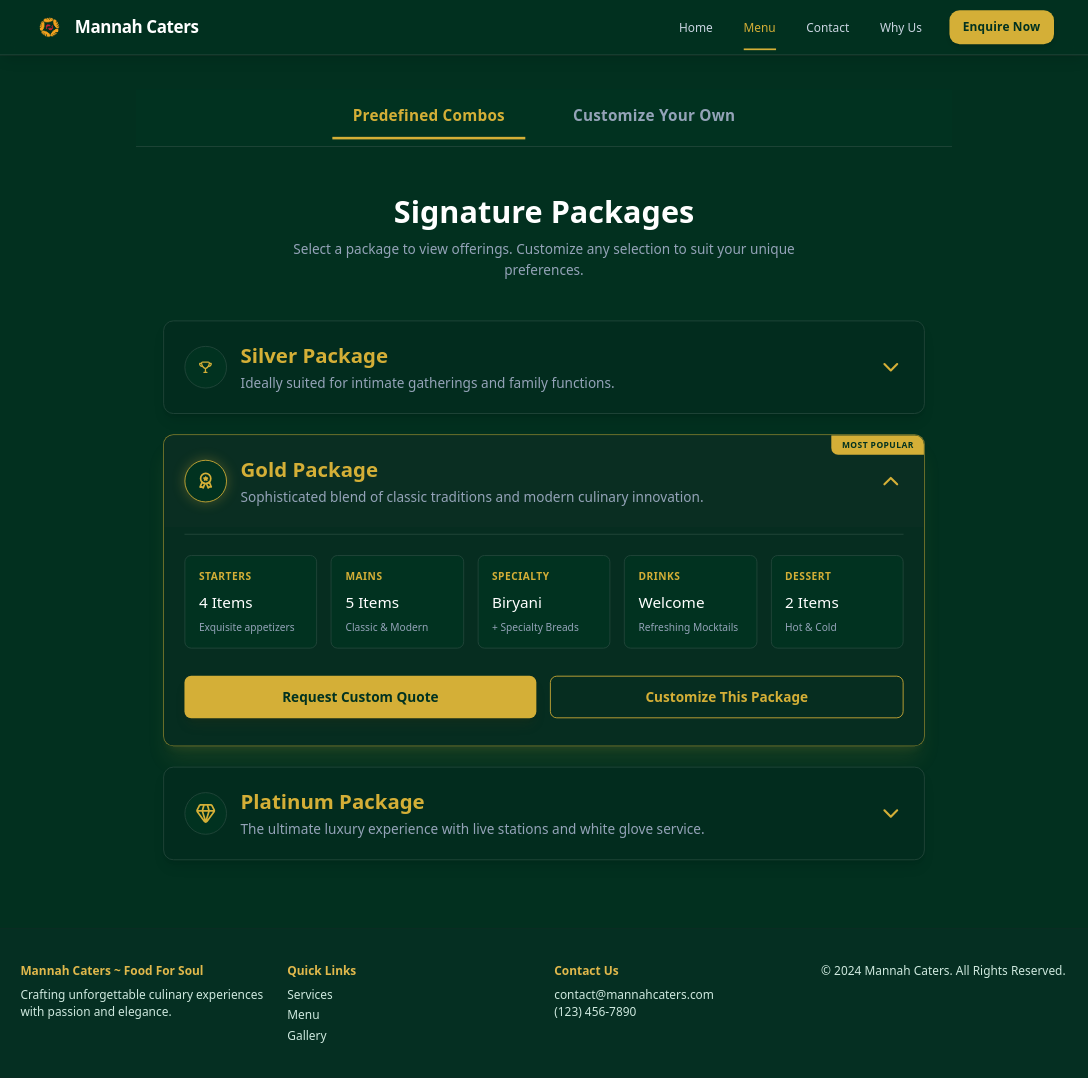
Repository: B-U-G-Freelancers/mannah_caterers
Page: /menu
The author's editor kept a copy of each file at every save. The page is drawn from the files as they stood at one save, then again after the next save.
The browser window is 1280 px wide. The pictures show the whole page, at 85% of full size.
The project was rebuilt for these pictures with package versions that can differ from the ones it lists, and the page was loaded fresh each time. Some packages were replaced by stand-ins written for this rebuild. Also part of the build but not shown: vite.config.js, src/pages/Home.jsx, src/components/MenuItem.jsx, src/components/CartSideBar.jsx, src/components/CustomizeView.jsx, src/pages/Contact.jsx, src/pages/WhyUs.jsx, src/components/SelectedMenu.jsx and 2 more.

Above is the page before, as saved 2025-12-17 19:30:53.

### index.html
<!-- index.html -->


<!doctype html>
<html lang="en">
  <head>
    <meta charset="UTF-8" />
    <link rel="icon" type="image/png" href="/favicon.png" />

    <meta name="viewport" content="width=device-width, initial-scale=1.0" />

<link rel="preconnect" href="https://fonts.googleapis.com">
<link rel="preconnect" href="https://fonts.gstatic.com" crossorigin>
<link href="https://fonts.googleapis.com/css2?family=Inter:wght@400;500;600;700&family=Playfair+Display:wght@600;700;800&display=swap" rel="stylesheet">

    <title>mannah-caters</title>
  </head>
  <body>
    <div id="root"></div>
    <script type="module" src="/src/main.jsx"></script>
  </body>
</html>

### src/main.jsx
import React from "react"
import ReactDOM from "react-dom/client"
import { BrowserRouter } from "react-router-dom"
import { CartProvider } from "./context/CartContext";
import App from "./App"
import "./index.css"

ReactDOM.createRoot(document.getElementById("root")).render(
  <BrowserRouter>
   <CartProvider>
    <App />
    </CartProvider>
  </BrowserRouter>
)

### src/context/CartContext.jsx
import { createContext, useContext, useState } from "react";

const CartContext = createContext(null);

export const CartProvider = ({ children }) => {
  const [cart, setCart] = useState([]);
  const [guestCount, setGuestCount] = useState(100);

  const toggleCartItem = (id) => {
    setCart((prev) =>
      prev.includes(id)
        ? prev.filter((item) => item !== id)
        : [...prev, id]
    );
  };

  return (
    <CartContext.Provider
      value={{
        cart,
        setCart,
        toggleCartItem,
        guestCount,
        setGuestCount,
      }}
    >
      {children}
    </CartContext.Provider>
  );
};

export const useCart = () => {
  const ctx = useContext(CartContext);
  if (!ctx) throw new Error("useCart must be used inside CartProvider");
  return ctx;
};

### src/App.jsx

import React from "react";
import { Routes, Route } from "react-router-dom";
import Layout from "./components/Layout";
import Home from "./pages/Home";
import Menu from "./pages/Menu";
import Contact from "./pages/Contact";
import WhyUs from "./pages/WhyUs";
import Quote from "./pages/Quote";
const App = () => {
  return (

    <Routes>
      <Route path="/" element={<Layout />}>
        <Route index element={<Home />} />
        <Route path="menu" element={<Menu />} />
        <Route path="contact" element={<Contact />} />
        <Route path="why-us" element={<WhyUs />} />
        <Route path="/quote" element={<Quote />} />
      </Route>
    </Routes>
  );
};

export default App;

### src/index.css
@import "tailwindcss";


:root {
  font-family: system-ui, Avenir, Helvetica, Arial, sans-serif;
  line-height: 1.5;
  font-weight: 400;

  color-scheme: light dark;
  color: rgba(255, 255, 255, 0.87);
  background-color: #242424;

  font-synthesis: none;
  text-rendering: optimizeLegibility;
  -webkit-font-smoothing: antialiased;
  -moz-osx-font-smoothing: grayscale;
}

/* a {
  font-weight: 500;
  color: #646cff;
  text-decoration: inherit;
}
a:hover {
  color: #535bf2;
}

body {
  margin: 0;
  display: flex;
  place-items: center;
  min-width: 320px;
  min-height: 100vh;
}

h1 {
  font-size: 3.2em;
  line-height: 1.1;
}

button {
  border-radius: 8px;
  border: 1px solid transparent;
  padding: 0.6em 1.2em;
  font-size: 1em;
  font-weight: 500;
  font-family: inherit;
  background-color: #1a1a1a;
  cursor: pointer;
  transition: border-color 0.25s;
}
button:hover {
  border-color: #646cff;
}
button:focus,
button:focus-visible {
  outline: 4px auto -webkit-focus-ring-color;
}

@media (prefers-color-scheme: light) {
  :root {
    color: #213547;
    background-color: #ffffff;
  }
  a:hover {
    color: #747bff;
  }
  button {
    background-color: #f9f9f9;
  }
} */

### src/components/Layout.jsx
// Layout.jsx
import React from "react";
import Header from "./Header";
import Footer from "./Footer";
// If you are using React Router, import Outlet
import { Outlet } from "react-router-dom";

const Layout = () => {
  return (
    <div className="flex flex-col min-h-screen min-w-screen">
      <Header />

      {/* "flex-1" ensures this section takes up all available space,
          pushing the footer to the bottom if content is short */}
      <main className="flex-1">
        {/* Outlet renders the child route's element (the current page) */}
        <Outlet />
      </main>

      <Footer />
    </div>
  );
};

export default Layout;

### src/pages/Menu.jsx
import React, { useState, useEffect } from "react";
import { useLocation } from "react-router-dom";

import CombosView from "../components/CombosView";
import CustomizeView from "../components/CustomizeView";
import { useCart } from "../context/CartContext";

const Menu = () => {
  const location = useLocation();

  // ✅ ONLY UI state here
  const [activeTab, setActiveTab] = useState("combos");

  // ✅ Cart state comes ONLY from context
  const {
    cart,
    toggleCartItem,
    guestCount,
    setGuestCount,
  } = useCart();

  // ✅ Open Customize tab when coming from Quote page
  useEffect(() => {
    if (location.state?.openTab === "customize") {
      setActiveTab("customize");
    }
  }, [location.state]);

  return (
    <div className="min-h-screen flex flex-col bg-[#02301f]">
      <main className="flex-1 flex flex-col items-center pb-20 px-4 sm:px-10 lg:px-40 pt-10">
        <div className="w-full max-w-[1200px] flex flex-col gap-8">

          {/* Tabs */}
          <div className="sticky top-[64px] z-40 bg-[#013220] pt-4 pb-2 border-b border-[#24473b]">
            <div className="flex justify-center gap-8">

              {/* Combos Tab */}
              <button
                onClick={() => setActiveTab("combos")}
                className={`flex flex-col items-center border-b-[3px] pb-3 px-6 transition-all ${
                  activeTab === "combos"
                    ? "border-[#d4af37] text-[#d4af37]"
                    : "border-transparent text-[#94a3b8] hover:text-white"
                }`}
              >
                <span className="text-lg font-bold tracking-[0.015em]">
                  Predefined Combos
                </span>
              </button>

              {/* Customize Tab */}
              <button
                onClick={() => setActiveTab("customize")}
                className={`flex flex-col items-center border-b-[3px] pb-3 px-6 transition-all ${
                  activeTab === "customize"
                    ? "border-[#d4af37] text-[#d4af37]"
                    : "border-transparent text-[#94a3b8] hover:text-white"
                }`}
              >
                <span className="text-lg font-bold tracking-[0.015em]">
                  Customize Your Own
                </span>
              </button>

            </div>
          </div>

          {/* View Content */}
          <div className="w-full">
            {activeTab === "combos" ? (
              <CombosView onCustomize={() => setActiveTab("customize")} />
            ) : (
              <CustomizeView
                cart={cart}
                guestCount={guestCount}
                setGuestCount={setGuestCount}
                toggleCartItem={toggleCartItem}
              />
            )}
          </div>

        </div>
      </main>
    </div>
  );
};

export default Menu;

### src/components/Header.jsx
import React from "react";
import { Link, NavLink } from "react-router-dom";

const Header = () => {
  const linkBase =
    "text-sm font-medium leading-normal transition-colors relative";

  const linkInactive =
    "text-slate-300 hover:text-white";

  const linkActive =
    "text-[#d4af37] font-bold after:content-[''] after:absolute after:-bottom-4 after:left-0 after:w-full after:h-[2px] after:bg-[#d4af37]";

  return (
    <header className="sticky top-0 z-50 bg-[#013220]/95 backdrop-blur-md border-b border-[#24473b] shadow-lg">
      <div className="flex items-center justify-between px-4 sm:px-10 py-3">

        {/* Left: Logo + Brand */}
        <Link to="/" className="flex items-center gap-3">
          <img
            src="/logo.png"
            alt="Mannah Caters Logo"
            className="h-9 w-9 object-contain"
          />
          <span className="text-white text-xl font-bold tracking-tight">
            Mannah Caters
          </span>
        </Link>

        {/* Right Section */}
        <div className="flex items-center gap-8">

          {/* Desktop Nav */}
          <nav className="hidden md:flex items-center gap-9">
            <NavLink
              to="/"
              className={({ isActive }) =>
                `${linkBase} ${isActive ? linkActive : linkInactive}`
              }
            >
              Home
            </NavLink>

            <NavLink
              to="/menu"
              className={({ isActive }) =>
                `${linkBase} ${isActive ? linkActive : linkInactive}`
              }
            >
              Menu
            </NavLink>

            <NavLink
              to="/contact"
              className={({ isActive }) =>
                `${linkBase} ${isActive ? linkActive : linkInactive}`
              }
            >
              Contact
            </NavLink>

            <NavLink
              to="/why-us"
              className={({ isActive }) =>
                `${linkBase} ${isActive ? linkActive : linkInactive}`
              }
            >
              Why Us
            </NavLink>
          </nav>

          {/* CTA */}
          <Link
            to="/quote"
            className="flex h-10 px-4 items-center justify-center rounded-xl bg-[#d4af37] hover:bg-[#c29d4d] active:scale-95 transition-all text-[#013220] text-sm font-bold tracking-[0.015em] shadow-md"
          >
            Enquire Now
          </Link>

        </div>
      </div>
    </header>
  );
};

export default Header;

### src/components/Footer.jsx
import React from "react";

const Footer = ({ onNavigate }) => {
  const handleNav = (tab) => {
    // Check if onNavigate exists before calling it
    if (onNavigate) {
      onNavigate(tab);
      window.scrollTo({ top: 0, behavior: "smooth" });
    }
  };

  return (
    <footer className="bg-[#052f22] py-10">
      <div className="max-w-7xl mx-auto px-6 grid md:grid-cols-4 gap-6 text-sm text-[#cfe9df]">
        <div>
          <h4 className="text-[#e0b84c] font-semibold">
            Mannah Caters ~ Food For Soul
          </h4>
          <p className="text-sm mt-2">
            Crafting unforgettable culinary experiences with passion and elegance.
          </p>
        </div>
        <div>
          <h4 className="text-[#e0b84c] font-semibold">Quick Links</h4>
          <ul className="text-sm mt-2 space-y-1">
            <li className="hover:text-white cursor-pointer transition-colors">
              Services
            </li>
            {/* I added the onClick here so handleNav is actually used */}
            <li
              onClick={() => handleNav("combos")}
              className="hover:text-white cursor-pointer transition-colors"
            >
              Menu
            </li>
            <li className="hover:text-white cursor-pointer transition-colors">
              Gallery
            </li>
          </ul>
        </div>
        <div>
          <h4 className="text-[#e0b84c] font-semibold">Contact Us</h4>
          <p className="text-sm mt-2">contact@mannahcaters.com</p>
          <p className="text-sm">(123) 456-7890</p>
        </div>
        <div className="text-sm">
          © 2024 Mannah Caters. All Rights Reserved.
        </div>
      </div>
    </footer>
  );
};

export default Footer;

### src/components/CombosView.jsx
import React, { useState } from "react";
import { PACKAGES } from "../constants";
import PackageCard from "./PackageCard";

const CombosView = ({ onCustomize }) => {
  // Default open state is 'gold' which is the second item usually
  const [openPackageId, setOpenPackageId] = useState("gold");

  const handleToggle = (id) => {
    setOpenPackageId((prev) => (prev === id ? null : id));
  };

  return (
    <div className="flex flex-col gap-6 animate-fade-in max-w-4xl mx-auto w-full">
      <div className="text-center py-6">
        <h2 className="text-white text-4xl font-bold mb-3">
          Signature Packages
        </h2>
        <p className="text-[#94a3b8] max-w-2xl mx-auto">
          Select a package to view offerings. Customize any selection to suit
          your unique preferences.
        </p>
      </div>

      {PACKAGES.map((pkg) => (
        <PackageCard
          key={pkg.id}
          pkg={pkg}
          isOpen={openPackageId === pkg.id}
          onToggle={() => handleToggle(pkg.id)}
          onCustomize={onCustomize}
        />
      ))}
    </div>
  );
};

export default CombosView;

### src/components/PackageCard.jsx
import React from "react";
import { ChevronDown } from 'lucide-react';
const PackageCard = ({ pkg, isOpen, onToggle, onCustomize }) => {
  return (
    <div
      className={`group bg-[#022c1e] rounded-xl border overflow-hidden shadow-lg transition-all duration-300 ${
        isOpen
          ? "border-[#d4af37]/60 shadow-[#d4af37]/10 shadow-xl"
          : "border-[#24473b]"
      }`}
    >
      <div
        className={`flex flex-col md:flex-row items-start md:items-center justify-between p-6 cursor-pointer relative z-10 select-none transition-colors ${
            isOpen ? 'bg-[#0a2e22]' : 'hover:bg-white/5'
        }`}
        onClick={onToggle}
      >
        {pkg.isPopular && (
          <div className="absolute top-0 right-0 bg-[#d4af37] text-[#013220] text-[10px] font-black tracking-wider uppercase px-3 py-1 rounded-bl-lg z-20">
            Most Popular
          </div>
        )}
        <div className="flex items-center gap-4">
          <div
            className={`p-3 bg-[#013220] rounded-full text-[#d4af37] border ${
              pkg.isPopular
                ? "border-[#d4af37] shadow-[0_0_15px_rgba(212,175,55,0.3)]"
                : "border-[#24473b]"
            }`}
          >
           <pkg.icon className="w-6 h-6 fill-current" />
          </div>
          <div className="flex flex-col gap-1">
            <h3 className="text-2xl font-bold text-[#d4af37] group-hover:text-white transition-colors">
              {pkg.name}
            </h3>
            <p className="text-[#94a3b8] text-sm md:text-base pr-8">
              {pkg.description}
            </p>
          </div>
        </div>
     <ChevronDown
  size={30}
  className={`text-[#d4af37] mt-4 md:mt-0 transition-transform duration-300 ${
    isOpen ? "rotate-180" : ""
  }`}
/>
      </div>

      <div
        className={`transition-all duration-300 ease-in-out overflow-hidden ${
          isOpen ? "max-h-[800px] opacity-100" : "max-h-0 opacity-0"
        }`}
      >
        <div className={`px-6 pb-8 pt-2 ${isOpen ? 'bg-[#0a2e22]/50' : ''}`}>
          <div className="h-px w-full bg-[#24473b] mb-6"></div>
          <div className={`grid grid-cols-1 sm:grid-cols-2 md:grid-cols-3 ${pkg.features.length > 4 ? 'lg:grid-cols-5' : 'lg:grid-cols-4'} gap-4 mb-8`}>
            {pkg.features.map((feature, idx) => (
              <div
                key={idx}
                className="flex flex-col gap-2 p-4 bg-[#013220] rounded-lg border border-[#24473b]"
              >
                <span className="text-xs font-bold text-[#d4af37] uppercase tracking-wider">
                  {feature.label}
                </span>
                <span className="text-white font-medium text-lg">
                  {feature.value}
                </span>
                <span className="text-[#94a3b8] text-xs">
                  {feature.subtext}
                </span>
              </div>
            ))}
          </div>
          <div className="flex flex-col sm:flex-row gap-4">
            <button className="flex-1 py-3 px-6 bg-[#d4af37] text-[#013220] font-bold rounded-lg hover:bg-[#f0c86b] transition-colors shadow-lg shadow-yellow-900/10">
              Request Custom Quote
            </button>
            <button
                onClick={(e) => {
                    e.stopPropagation();
                    onCustomize();
                }}
                className="flex-1 py-3 px-6 border border-[#d4af37] text-[#d4af37] font-bold rounded-lg hover:bg-[#d4af37] hover:text-[#013220] transition-colors"
            >
              Customize This Package
            </button>
          </div>
        </div>
      </div>
    </div>
  );
};

export default PackageCard;

### src/components/gold-package.jsx
import * as React from "react";
const SVGComponent = (props) => (
  <svg
    fill="#000000"
    width="800px"
    height="800px"
    viewBox="0 0 24 24"
    id="gold-medal"
    data-name="Line Color"
    xmlns="http://www.w3.org/2000/svg"
    className="icon line-color"
    {...props}
  >
    <g id="SVGRepo_bgCarrier" strokeWidth={0} />
    <g
      id="SVGRepo_tracerCarrier"
      strokeLinecap="round"
      strokeLinejoin="round"
    />
    <g id="SVGRepo_iconCarrier">
      <polygon
        id="secondary"
        points="11.38 8.4 10 8.59 11 9.48 10.76 10.75 12 10.15 13.24 10.75 13 9.48 14 8.59 12.62 8.4 12 7.25 11.38 8.4"
        style={{
          fill: "none",
          stroke: "#d4af37",
          strokeLinecap: "round",
          strokeLinejoin: "round",
          strokeWidth: 2,
        }}
      />
      <circle
        id="primary"
        cx={12}
        cy={9}
        r={6}
        style={{
          fill: "none",
          stroke: "#d4af37",
          strokeLinecap: "round",
          strokeLinejoin: "round",
          strokeWidth: 2,
        }}
      />
      <path
        id="primary-2"
        data-name="primary"
        d="M16.28,13.2A6,6,0,0,1,13,14.92L15,20l1.5-1.25,2.09.21Z"
        style={{
          fill: "none",
          stroke: "#d4af37",
          strokeLinecap: "round",
          strokeLinejoin: "round",
          strokeWidth: 2,
        }}
      />
      <path
        id="primary-3"
        data-name="primary"
        d="M5.41,19l2.09-.21L9,20l2-5.08A6,6,0,0,1,7.72,13.2Z"
        style={{
          fill: "none",
          stroke: "#d4af37",
          strokeLinecap: "round",
          strokeLinejoin: "round",
          strokeWidth: 2,
        }}
      />
    </g>
  </svg>
);
export default SVGComponent;

### src/components/platinum-package.jsx
import * as React from "react";
const SVGComponent = (props) => (
  <svg
    width="800px"
    height="800px"
    viewBox="0 0 24 24"
    fill="none"
    xmlns="http://www.w3.org/2000/svg"
    {...props}
  >
    <g id="SVGRepo_bgCarrier" strokeWidth={0} />
    <g
      id="SVGRepo_tracerCarrier"
      strokeLinecap="round"
      strokeLinejoin="round"
    />
    <g id="SVGRepo_iconCarrier">
      <path
        fillRule="evenodd"
        clipRule="evenodd"
        d="M6.23607 1C5.09976 1 4.06097 1.64201 3.55279 2.65836L1.14806 7.46782C0.647975 8.46799 0.745665 9.66329 1.40152 10.569L9.57018 21.8495C10.7679 23.5035 13.2321 23.5035 14.4298 21.8495L22.5985 10.569C23.2543 9.66329 23.352 8.468 22.852 7.46782L20.4472 2.65836C19.939 1.64201 18.9003 1 17.7639 1H6.23607ZM5.34165 3.55279C5.51104 3.214 5.8573 3 6.23607 3H8.67428L7.24571 8H3.11804L5.34165 3.55279ZM9.32574 8L10.7543 3H13.2457L14.6743 8H9.32574ZM14.646 10H9.35397L12 18.5996L14.646 10ZM13.929 19.1312L16.7386 10H20.5412L13.929 19.1312ZM16.7543 8L15.3257 3H17.7639C18.1427 3 18.489 3.214 18.6584 3.55279L20.882 8H16.7543ZM3.4588 10H7.26143L10.071 19.1312L3.4588 10Z"
        fill="#d4af37"
      />
    </g>
  </svg>
);
export default SVGComponent;

Loaded but not shown: src/constants.js (102 lines, source omitted); src/components/silver-package.jsx (25 lines, source omitted)

After the next save:
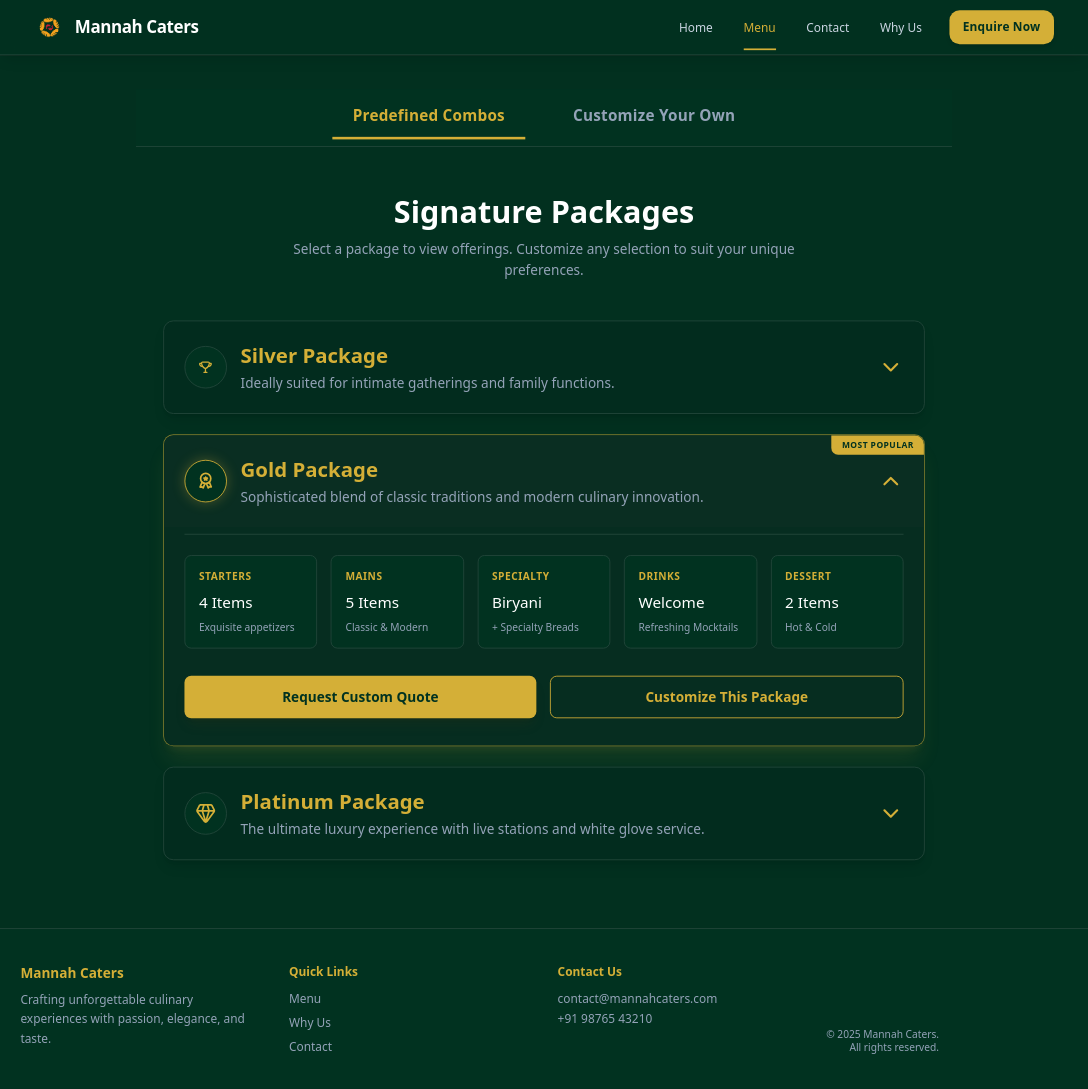
Saved 89 s later.
--- a/src/components/Footer.jsx
+++ b/src/components/Footer.jsx
@@ -1,51 +1,71 @@
 import React from "react";
+import { Link } from "react-router-dom";
 
-const Footer = ({ onNavigate }) => {
-  const handleNav = (tab) => {
-    // Check if onNavigate exists before calling it
-    if (onNavigate) {
-      onNavigate(tab);
-      window.scrollTo({ top: 0, behavior: "smooth" });
-    }
-  };
+const Footer = () => {
+  return (
+    <footer className="bg-[#013220] border-t border-[#24473b]">
+      <div className="max-w-7xl mx-auto px-6 py-10 grid gap-8 md:grid-cols-4 text-sm text-[#94a3b8]">
 
-  return (
-    <footer className="bg-[#052f22] py-10">
-      <div className="max-w-7xl mx-auto px-6 grid md:grid-cols-4 gap-6 text-sm text-[#cfe9df]">
+        {/* Brand */}
         <div>
-          <h4 className="text-[#e0b84c] font-semibold">
-            Mannah Caters ~ Food For Soul
+          <h4 className="text-[#d4af37] font-bold text-base">
+            Mannah Caters
           </h4>
-          <p className="text-sm mt-2">
-            Crafting unforgettable culinary experiences with passion and elegance.
+          <p className="mt-2 leading-relaxed">
+            Crafting unforgettable culinary experiences with passion,
+            elegance, and taste.
           </p>
         </div>
+
+        {/* Quick Links */}
         <div>
-          <h4 className="text-[#e0b84c] font-semibold">Quick Links</h4>
-          <ul className="text-sm mt-2 space-y-1">
-            <li className="hover:text-white cursor-pointer transition-colors">
-              Services
+          <h4 className="text-[#d4af37] font-bold mb-3">
+            Quick Links
+          </h4>
+          <ul className="space-y-2">
+            <li>
+              <Link
+                to="/menu"
+                className="hover:text-white transition-colors"
+              >
+                Menu
+              </Link>
             </li>
-            {/* I added the onClick here so handleNav is actually used */}
-            <li
-              onClick={() => handleNav("combos")}
-              className="hover:text-white cursor-pointer transition-colors"
-            >
-              Menu
+            <li>
+              <Link
+                to="/why-us"
+                className="hover:text-white transition-colors"
+              >
+                Why Us
+              </Link>
             </li>
-            <li className="hover:text-white cursor-pointer transition-colors">
-              Gallery
+            <li>
+              <Link
+                to="/contact"
+                className="hover:text-white transition-colors"
+              >
+                Contact
+              </Link>
             </li>
           </ul>
         </div>
+
+        {/* Contact */}
         <div>
-          <h4 className="text-[#e0b84c] font-semibold">Contact Us</h4>
-          <p className="text-sm mt-2">contact@mannahcaters.com</p>
-          <p className="text-sm">(123) 456-7890</p>
+          <h4 className="text-[#d4af37] font-bold mb-3">
+            Contact Us
+          </h4>
+          <p>contact@mannahcaters.com</p>
+          <p className="mt-1">+91 98765 43210</p>
         </div>
-        <div className="text-sm">
-          © 2024 Mannah Caters. All Rights Reserved.
+
+        {/* Copyright */}
+        <div className="md:text-right text-xs text-[#94a3b8] flex items-end">
+          © {new Date().getFullYear()} Mannah Caters.
+          <br />
+          All rights reserved.
         </div>
+
       </div>
     </footer>
   );
